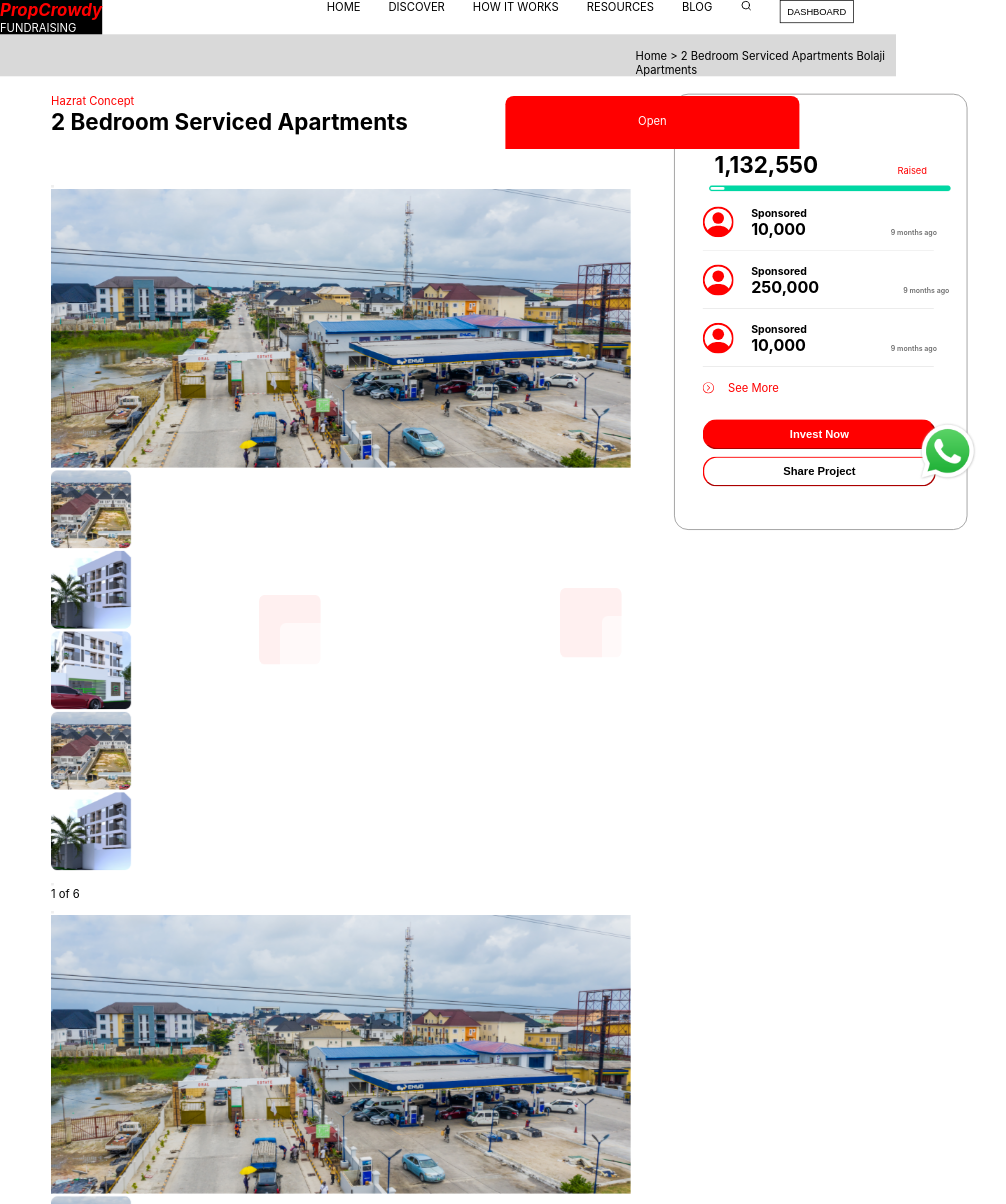
Repository: uh-sman/Popcrowdy
Page: /
An editor plug-in stored every save of this project. The page is shown before and after the next save, followed by the edit.
The browser window is 1280 px wide. The page is 1437 px wide, so the pictures cover 1437 px, including what lies to the right of the window. The pictures show the part of the page from y = 0 to 1720 px (the page is 2732 px tall before and 1080 px after), at 70% of full size.
The project was rebuilt for these pictures with package versions that can differ from the ones it lists, and the page was loaded fresh each time.

Above is the page before, as saved 2022-11-13 21:29:02.

After the next save:
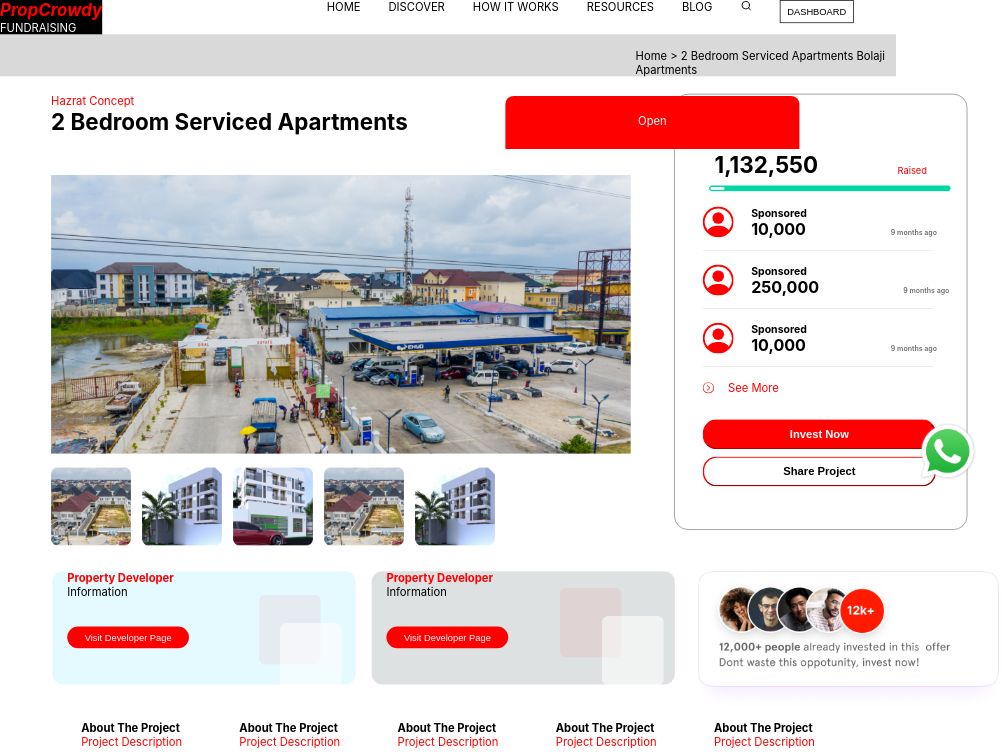
Saved 61 s later.
--- a/src/components/Section/Hero.jsx
+++ b/src/components/Section/Hero.jsx
@@ -28,30 +28,13 @@
               2 Bedroom Serviced Apartments
             </h1>
           </div>
-          <Carousel
+          <div
             id="select"
             value={selected}
             onClick={(e) => setIsSelected(!selected)}
           >
-            <div>
-              <img src={img1} />
-            </div>
-            <div>
-              <img src={img2} />
-            </div>
-            <div>
-              <img src={img3} />
-            </div>
-            <div>
-              <img src={img4} />
-            </div>
-            <div>
-              <img src={img5} />
-            </div>
-            <div>
-              <img src={img6} />
-            </div>
-          </Carousel>
+            <img src={img1} />
+          </div>
           <div style={{ marginTop: "16px" }}>
             <div className="sub-card">
               <img src={img2} />
